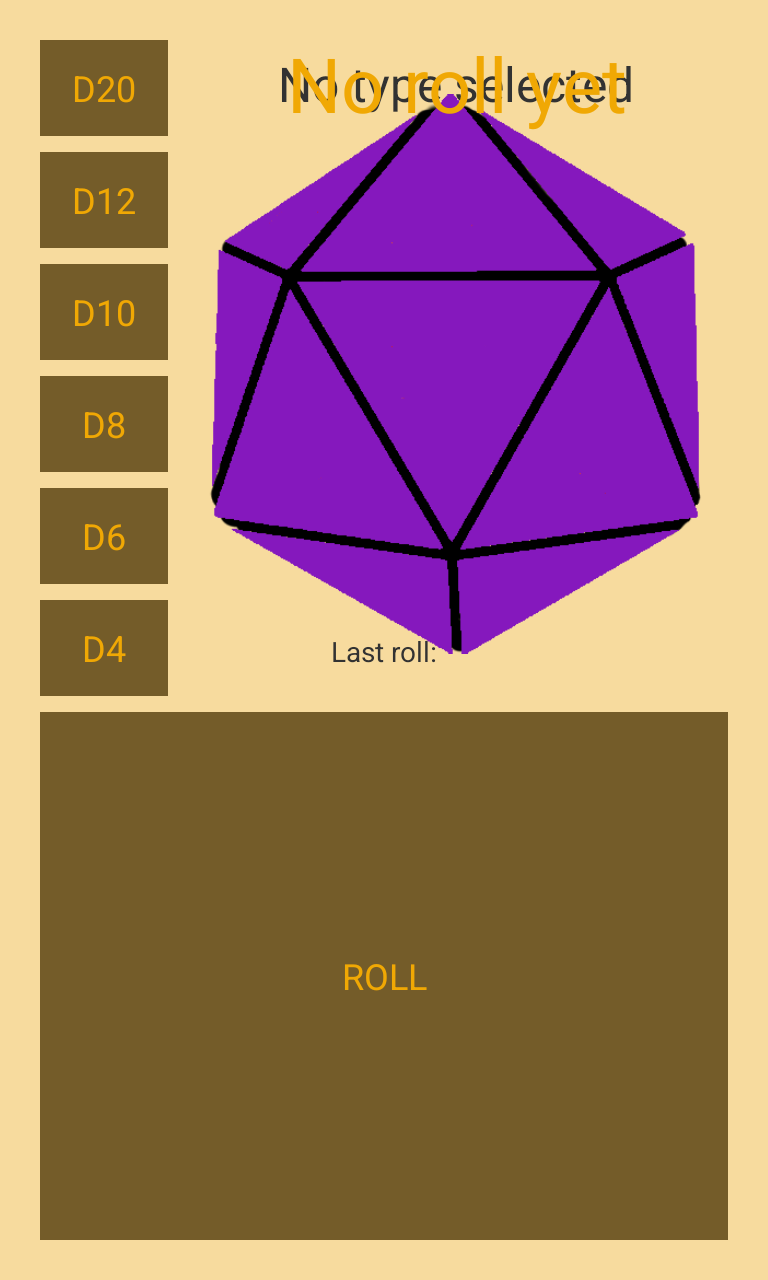
Repository: Bjodol/Roller
Layout: Roller3/res/layout/activity_main.xml
These files come from the project's save history. The layout is drawn as it stood at one moment and after the next save; the edit follows.
It is drawn on a 768 x 1280 px phone screen (xhdpi) without system bars, with theme AppTheme; the app's code is not run. The app's manifest (not shown) leaves right-to-left support off. So textAlignment, textDirection and layoutDirection are ignored, and left and right values win over start and end ones.

Above is the layout before, as saved 2013-08-31 09:57:22.

### Roller3/res/layout/activity_main.xml
<RelativeLayout xmlns:android="http://schemas.android.com/apk/res/android"
    xmlns:tools="http://schemas.android.com/tools"
    android:layout_width="fill_parent"
    android:layout_height="fill_parent"
    android:background="@color/Beige"
    android:gravity="top"
    android:paddingBottom="@dimen/activity_vertical_margin"
    android:paddingLeft="@dimen/activity_horizontal_margin"
    android:paddingRight="@dimen/activity_horizontal_margin"
    android:paddingTop="@dimen/activity_vertical_margin"
    tools:context=".MainActivity" >

    <Button
        android:id="@+id/d12"
        android:layout_margin="4dp"
        android:background="@color/Brown"
        android:textColor="@color/Bronze"
        android:layout_width="wrap_content"
        android:layout_height="wrap_content"
        android:layout_below="@+id/d20"
        android:onClick="d12"
        android:text="@string/d12" />

    <TextView
        android:id="@+id/dice_type"
        android:layout_width="match_parent"
        android:layout_height="wrap_content"
        android:gravity="center"
        android:layout_alignBaseline="@id/d20"
        android:layout_toRightOf="@id/d20"
        android:layout_alignParentRight="true"
        android:text="@string/noDiceType"
        android:textAlignment="center"
        android:textSize="24sp" />

    <Button
        android:id="@+id/d10"
        android:layout_margin="4dp"
        android:background="@color/Brown"
        android:textColor="@color/Bronze"
        android:layout_width="wrap_content"
        android:layout_height="wrap_content"
        android:layout_below="@+id/d12"
        android:onClick="d10"
        android:text="@string/d10" />

    <Button
        android:id="@+id/d8"
        android:layout_margin="4dp"
        android:background="@color/Brown"
        android:textColor="@color/Bronze"
        android:layout_width="wrap_content"
        android:layout_height="wrap_content"
        android:layout_below="@+id/d10"
        android:onClick="d8"
        android:text="@string/d8" />

    <Button
        android:id="@+id/d6"
        android:layout_margin="4dp"
        android:background="@color/Brown"
        android:textColor="@color/Bronze"
        android:layout_width="wrap_content"
        android:layout_height="wrap_content"
        android:layout_below="@+id/d8"
        android:onClick="d6"
        android:text="@string/d6" />

    <Button
        android:id="@+id/d4"
        android:layout_margin="4dp"
        android:background="@color/Brown"
        android:textColor="@color/Bronze"
        android:layout_width="wrap_content"
        android:layout_height="wrap_content"
        android:layout_below="@+id/d6"
        android:onClick="d4"
        android:text="@string/d4" />

    <ImageView
        android:id="@+id/purpleDice"
        android:contentDescription="@string/diceDescription"
        android:layout_width="wrap_content"
        android:layout_height="wrap_content"
        android:layout_toRightOf="@id/d10"
        android:layout_alignParentRight="true"
        android:src="@drawable/purple_dice" />

    <Button
        android:id="@+id/roll_button"
        android:background="@color/Brown"
        android:layout_margin="4dp"
        android:layout_width="fill_parent"
        android:layout_height="wrap_content"
        android:layout_below="@+id/d4"
        android:layout_alignParentBottom="true"
        android:onClick="roll"
        android:text="@string/roll"
        android:textColor="@color/Bronze" />



    <Button
        android:id="@+id/d20"
        android:layout_width="wrap_content"
        android:layout_height="wrap_content"
        android:layout_alignParentLeft="true"
        android:layout_alignParentTop="true"
        android:layout_margin="4dp"
        android:layout_marginTop="21dp"
        android:background="@color/Brown"
        android:onClick="d20"
        android:text="@string/d20"
        android:textColor="@color/Bronze" />

    <TextView
        android:id="@+id/dice_throw"
        android:layout_width="wrap_content"
        android:layout_height="wrap_content"
        android:gravity="center"
        android:layout_toRightOf="@id/d8"
        android:layout_toEndOf="@id/d10"
        android:layout_alignParentRight="true"
        android:text="@string/noRolls"
        android:textAlignment="center"
        android:textColor="@color/Bronze"
        android:textSize="38sp" />

    <TextView
        android:id="@+id/last_roll_text"
        android:layout_width="wrap_content"
        android:layout_height="wrap_content"
        android:layout_alignBaseline="@+id/d4"
        android:layout_alignBottom="@+id/d4"
        android:layout_centerHorizontal="true"
        android:text="@string/lastRoll"
        android:textAlignment="center"
        android:textSize="14sp" />

</RelativeLayout>

### Roller3/res/values/strings.xml
<?xml version="1.0" encoding="utf-8"?>
<resources>

    <string name="app_name">Roller</string>
    <string name="action_settings">Settings</string>
    <string name="d20">D20</string>
    <string name="d12">D12</string>
    <string name="d10">D10</string>
    <string name="d8">D8</string>
    <string name="d6">D6</string>
    <string name="d4">D4</string>
    <string name="roll">ROLL</string>
    <string name="youRolled">You rolled:</string>
    <string name="noRolls">No roll yet</string>
    <string name="lastRoll">Last roll:</string>
    <string name="noDiceType">No type selected</string>
    <string name="diceDescription">A purple d20 dice</string>
    <color name="Purple">#9e14e8</color>
    <color name="Beige">#f7db9e</color>
    <color name="Bronze">#F0A804</color>
    <color name="Brown">#745c29</color>

</resources>

Loaded but not shown: Roller3/res/values/styles.xml (common file); Roller3/res/values-v11/styles.xml (common file); Roller3/res/values-v14/styles.xml (common file); Roller3/res/values/dimens.xml (common file)

After the next save:
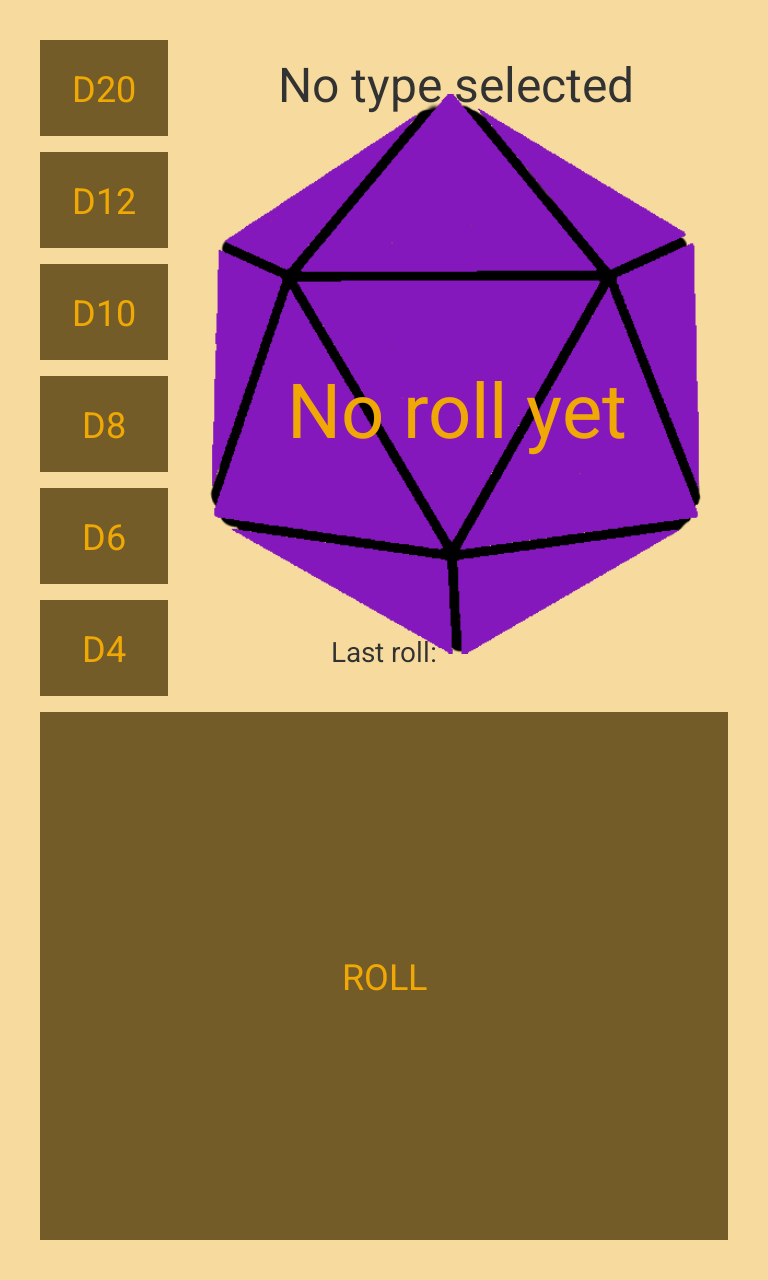
Saved 77 s later.
--- a/Roller3/res/layout/activity_main.xml
+++ b/Roller3/res/layout/activity_main.xml
@@ -119,7 +119,7 @@
         android:layout_height="wrap_content"
         android:gravity="center"
         android:layout_toRightOf="@id/d8"
-        android:layout_toEndOf="@id/d10"
+        android:layout_alignBaseline="@id/d8"
         android:layout_alignParentRight="true"
         android:text="@string/noRolls"
         android:textAlignment="center"
